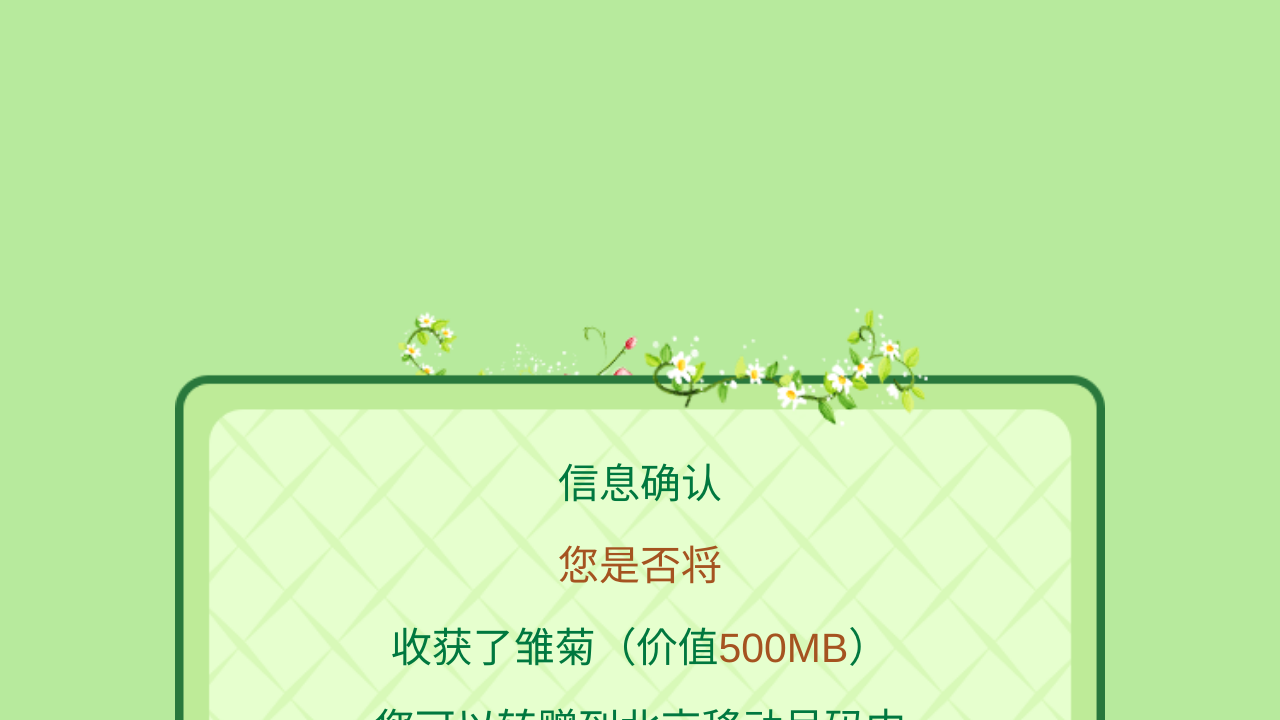
Repository: wangbiaozy/zh
Page: index.html
An editor plug-in stored every save of this project. The page is shown before and after the next save, followed by the edit.
The browser window is 1280 px wide. The pictures show the whole page.

Above is the page before, as saved 2019-03-18 19:26:02.
Console error: TypeError: Cannot read properties of undefined (reading 'style')

After the next save:
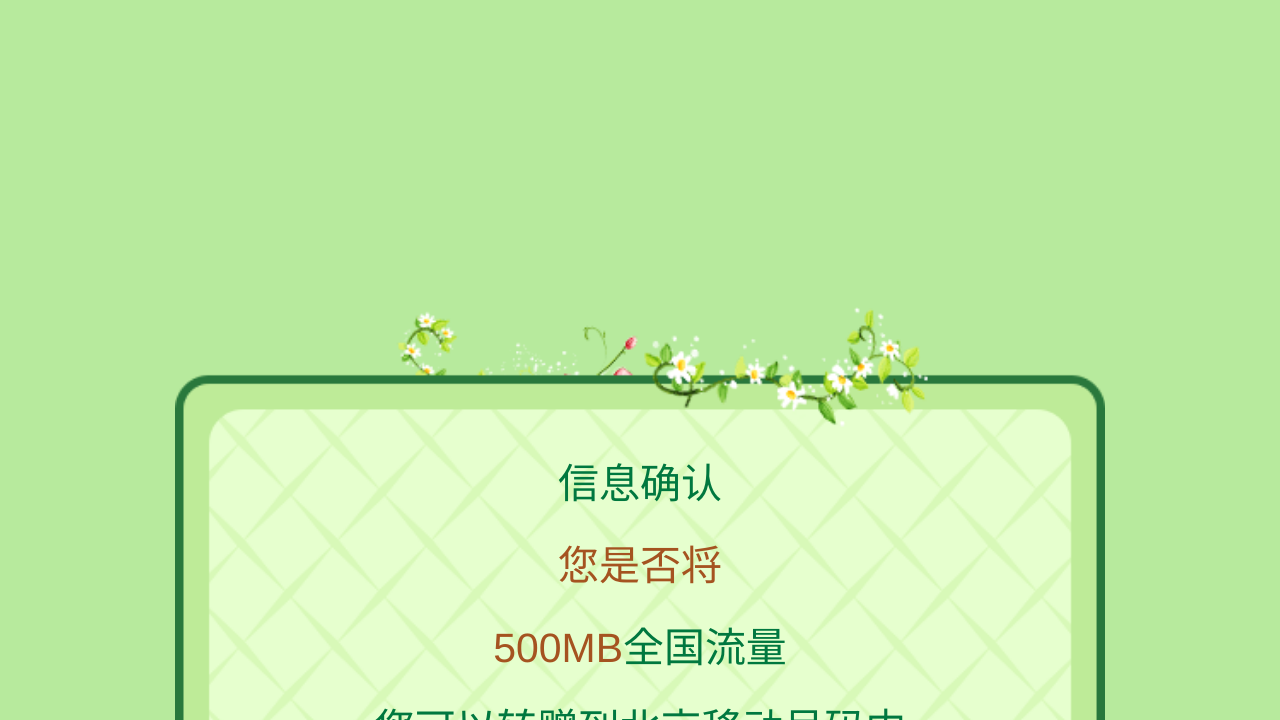
Saved 34 s later.
--- a/index.html
+++ b/index.html
@@ -328,7 +328,7 @@
         <div>
             <p>信息确认</p>
             <p>您是否将</p>
-            <p>收获了<span>雏菊</span>（价值<span>500MB</span>）</p>
+            <p><span>500MB</span>全国流量</p>
             <p>您可以转赠到北京移动号码内</p>
             <p>（流量仅可在活动期间内进行转赠）</p>
         </div>
